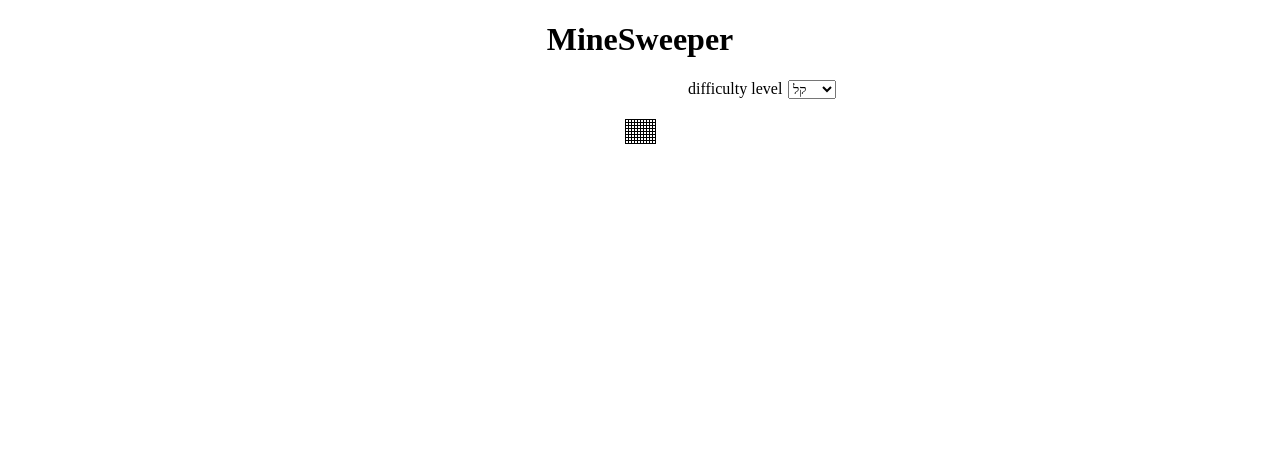
Repository: issaRan/MineSweeper
Page: html/index.html
These files come from the project's save history. The page is drawn as it stood at one moment and after the next save; the edit follows.
The browser window is 1280 px wide. The pictures show the whole page.

Above is the page before, as saved 2020-10-20 18:01:30.

After the next save:
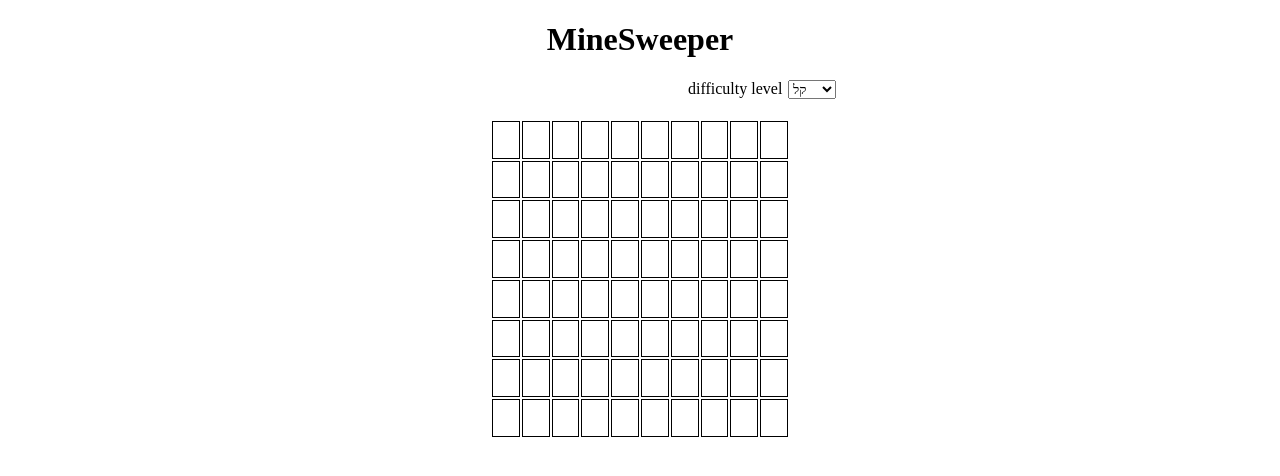
Saved 28 s later.
--- a/css/styles.css
+++ b/css/styles.css
@@ -14,9 +14,12 @@ label {
     margin-left: auto;
     margin-right: auto;
 }
-table, th, td {
+th, td {
     border: 1px solid black;
     border-collapse: collapse;
+}
+table {
+    height: 320px; width: 300px;
 }
 #dawn {
     margin: 20px;
